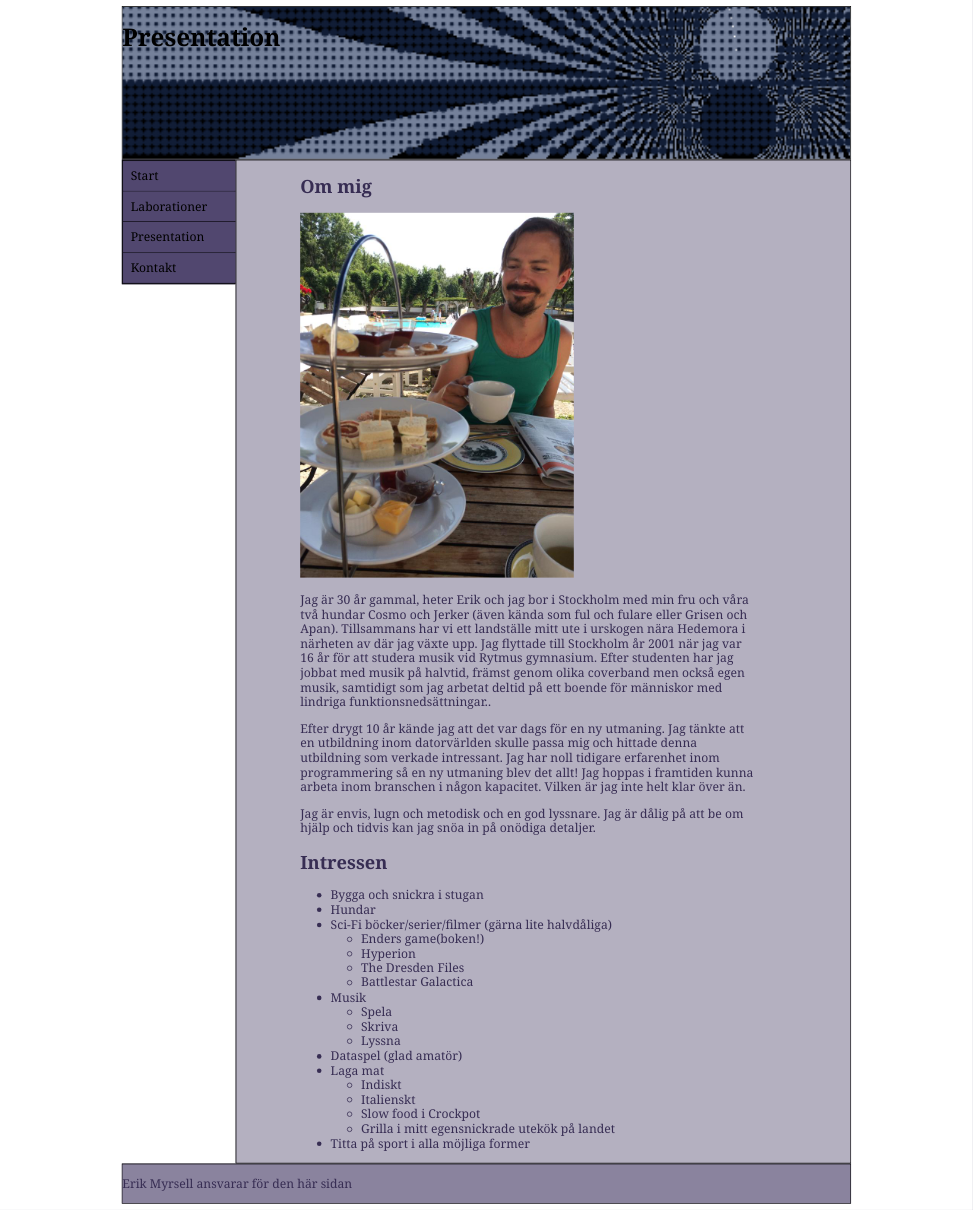
Repository: em222mt/1IK415_em222mt
Page: pages/presentation.html
The author's editor kept a record of every edit. The page is drawn from the files as they stood at one moment, then again after the next edit.
The browser window is 1280 px wide. The pictures show the whole page, at 76% of full size.

Above is the page before.

After the next edit:
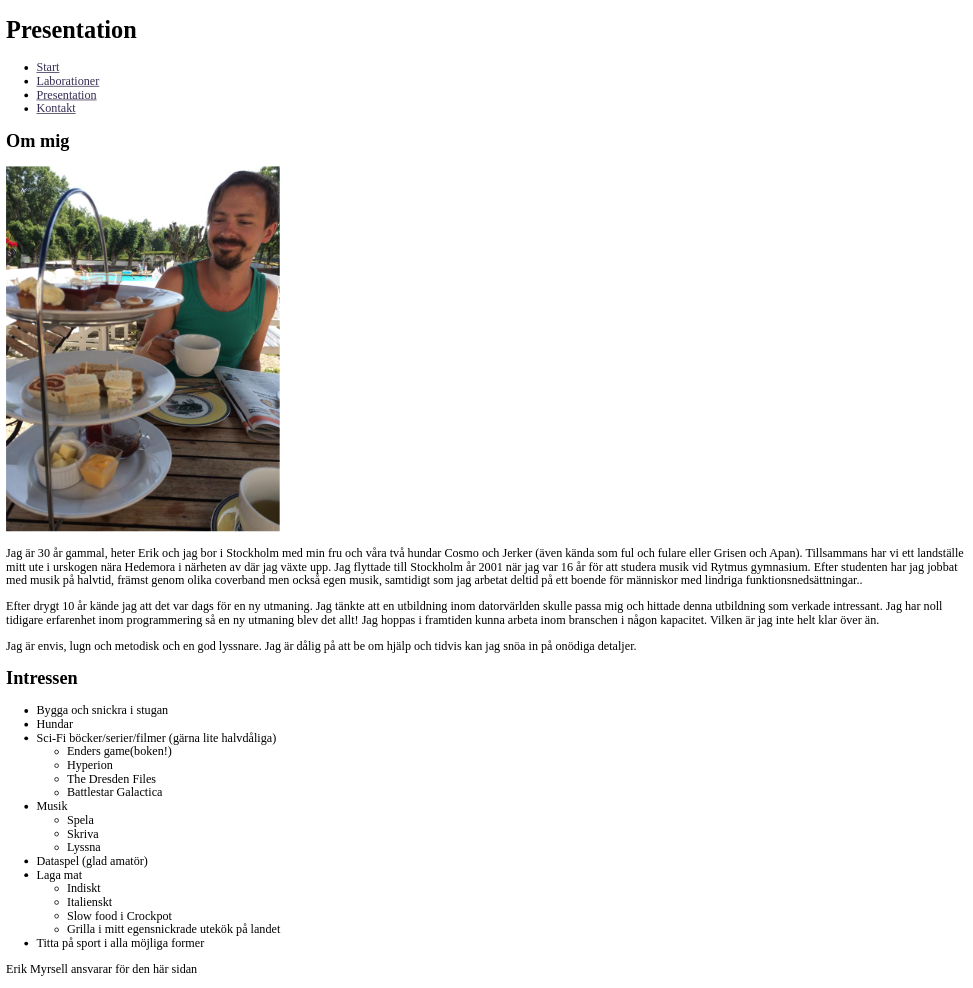
The edit:
--- a/css/basic.css
+++ b/css/basic.css
@@ -12,6 +12,12 @@
 Background header/footer: #8A839E
 text-color: #372D53
 */
+
+/*
+FFFFFF
+D1D1D1
+838283
+646466
 
 #container {
     max-width: 960px;

After the 3 edits that followed:
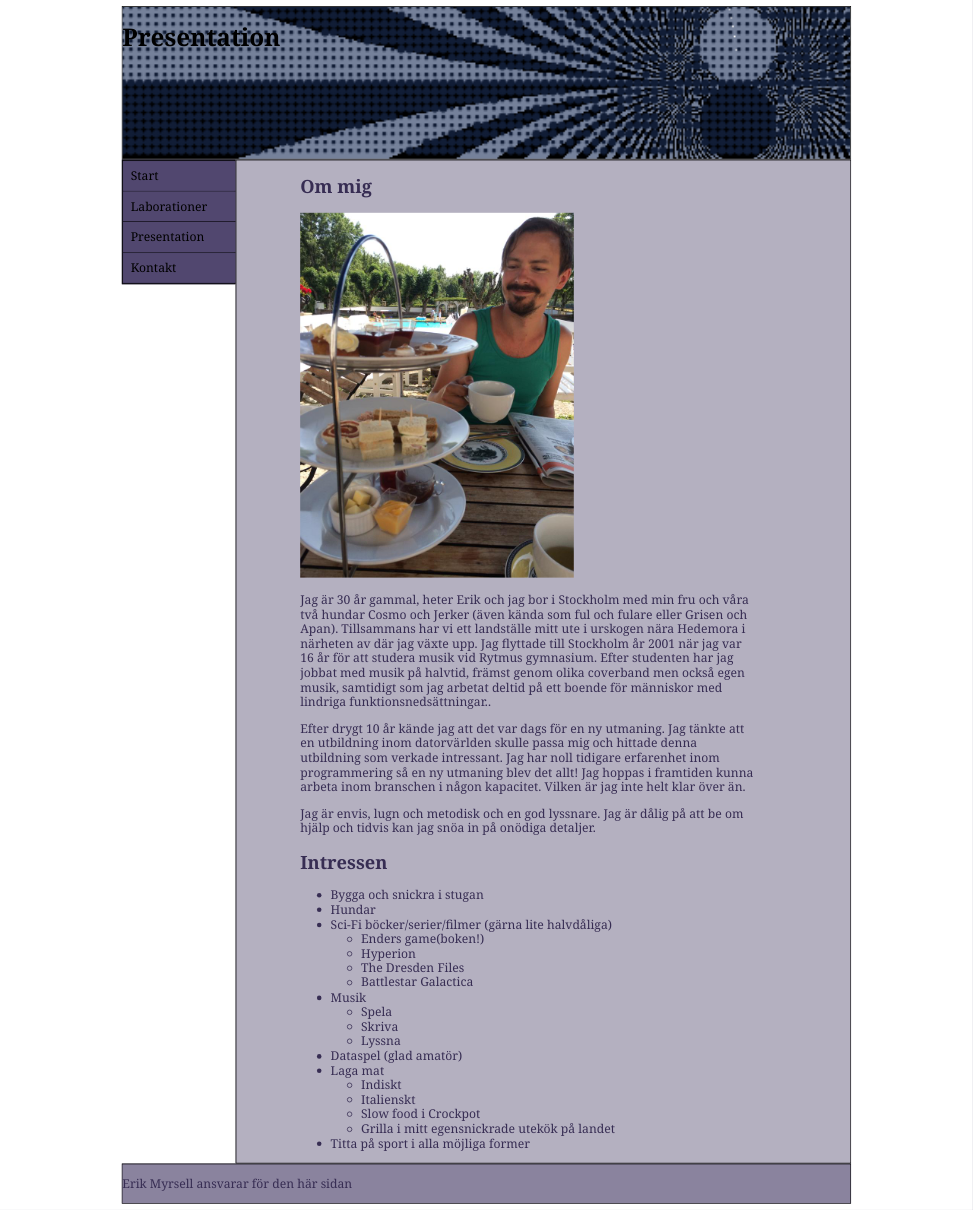
The 3 edits are shown as one change because 2 left the picture as it was.
The edit:
--- a/css/basic.css
+++ b/css/basic.css
@@ -14,10 +14,11 @@
 */
 
 /*
-FFFFFF
-D1D1D1
-838283
-646466
+Background main: #FFFFFF
+Background aside: #838283
+Background header/footer: #D1D1D1
+text-color: #646466
+*/
 
 #container {
     max-width: 960px;
